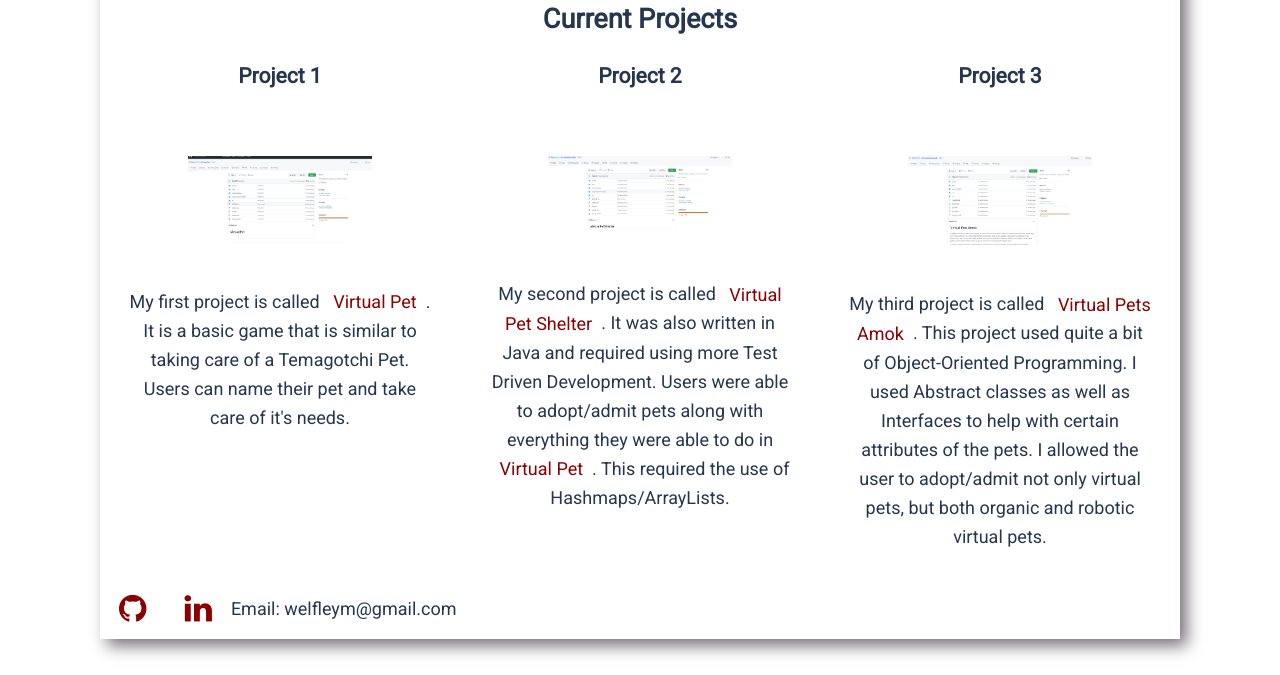
Repository: Matt1218/Matt1218.github.io
Page: index.html
The author's editor kept a copy of each file at every save. The page is drawn from the files as they stood at one save, then again after a run of saves.
The browser window is 1280 px wide. The pictures show the part of the page from y = 565 to 1240 px (the page is 1240 px tall before and 1230 px after).
A picture or video elsewhere on the page could not be fetched, so the positions and the page height are approximate.

Above is the page before, as saved 2022-03-21 14:06:42.

After the next 2 saves:
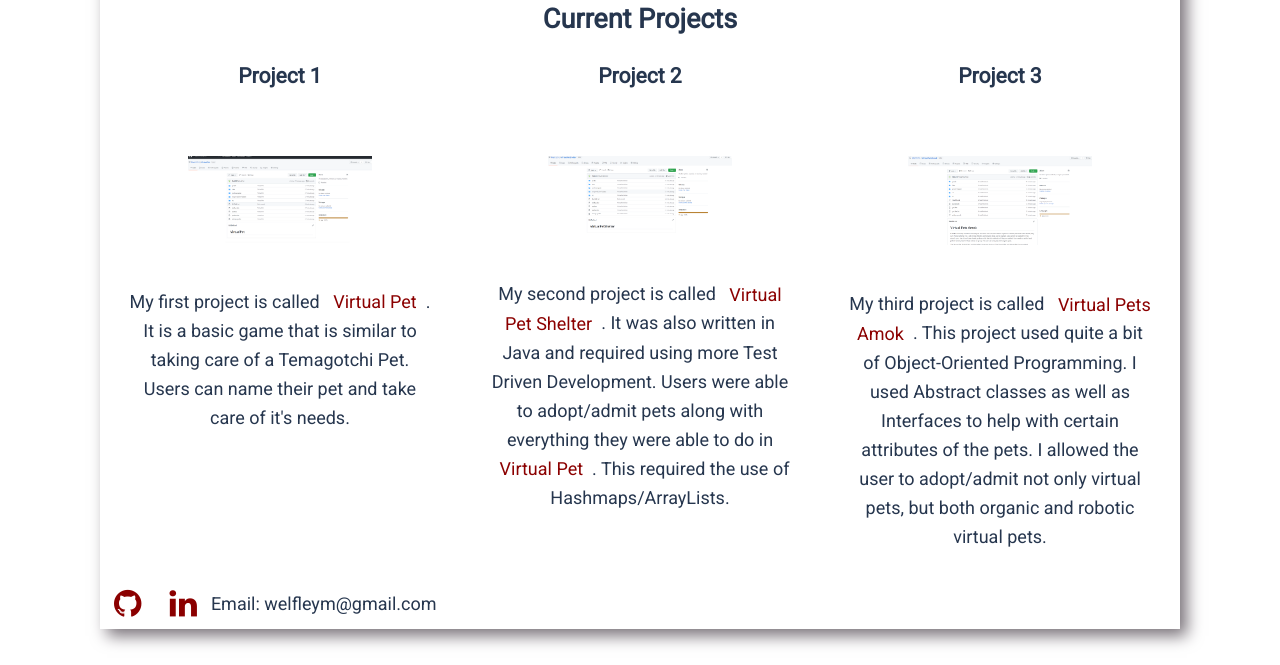
The 2 saves are shown as one change because they came seconds apart.
The last was saved 13 s later.
--- a/style.css
+++ b/style.css
@@ -111,5 +111,5 @@ a {
 
 #footer a {
     font-size: xx-large;
-    margin: 10px;
+    margin: 5px;
 }
